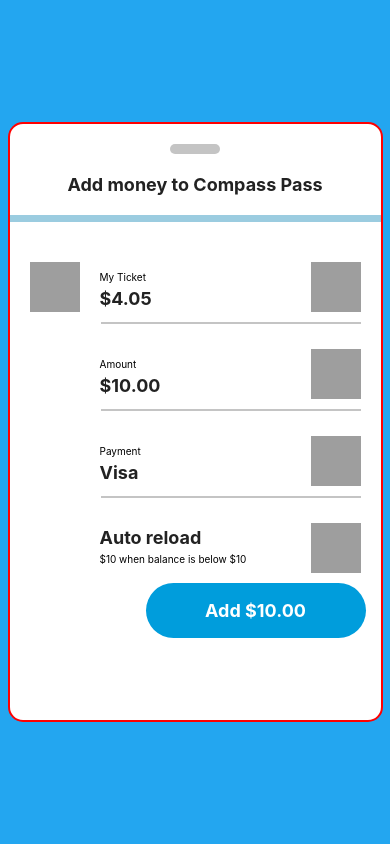
Repository: wilyyy/CompassPlus
Page: /
An editor plug-in stored every save of this project. The page is shown before and after the next save, followed by the edit.
The browser window is 390 px wide. The pictures show the whole page.
Pictures or frames that could not be fetched are drawn as grey boxes. The app was drawn by React Native's web renderer in a window 390 px wide. The project was rebuilt for these pictures with package versions that can differ from the ones it lists, and the page was loaded fresh each time. Also part of the build but not shown: constants/styles.js, comps/CompassCardParent/cardManager.js, comps/CompassCardParent/transferFunds.js, comps/LinkCompassCard/index.js, comps/RideCardCont/index.js, storybook/stories/CenterView/style.js, comps/SignUpTransitCard/index.js.

Above is the page before, as saved 2021-10-30 19:56:10.

### App.js
import { StatusBar } from 'expo-status-bar';
import React, { useState } from 'react';
import { Button, StyleSheet, Text, View } from 'react-native';

import MobileCard from './comps/CompassCardParent/CardManager';
import AddFundsTab from './comps/CompassCardParent/CardManager/AddFunds';
import TransferBalanceTab from './comps/CompassCardParent/TransferFunds';
import LinkCompassCard from './comps/LinkCompassCard';
import RideCard from './comps/RideCardCont';
import SignUpTransitCard from './comps/SignUpTransitCard';

// export { default } from './storybook';

export default function App() {




  return (
    <View style={styles.container}>
      {/* <LinkCompassCard />
      <RideCard />
      <SignUpTransitCard /> */}

      {/* <MobileCard /> */}
      {/* <TransferBalanceTab /> */}
      <AddFundsTab />
      <StatusBar style="auto" />
    </View>
  );
}

const styles = StyleSheet.create({
  container: {
    flex: 1,
    backgroundColor: '#23A6F0',
    alignItems: 'center',
    justifyContent: 'center',
  },
});

### comps/CompassCardParent/CardManager/AddFunds/index.js
import React, { useState } from 'react';
import { Button, Image, StyleSheet, Switch, Text, TouchableOpacity, View } from 'react-native';
import styled from 'styled-components/native';

const Container = styled.View`
    width: 375px;
    height: 600px;
    background-color: #fff;
    border-radius: 15px;
    border-color: red;
    border-width: 2px;

`;

const Notch = styled.View`
    width: 50px;
    height: 10px;
    background-color: #C4C4C4;
    margin: 20px 0px 0px;
    align-self: center;
    border-radius: 50px;
`;

const Title = styled.Text`
    font-size: 18px;
    color: #222222;
    align-self: center;
    margin: 20px 0px;
    font-weight: 700;
`;

const Divider = styled.View`
    width:100%;
    height:7px;
    background-color: #9BCCE0;
    margin: 0px 0px 30px 0px;
`;

const SettingCont = styled.View`
    flex-direction: row;
    justify-content: space-between;
    align-items: center;
    width:100%;
    /* border-width: 2px;
    border-color: red; */
    padding: 5px 15px;

`;

const SettingsContLeft = styled.View`
    flex-direction: row;
    justify-content: space-between;
    align-items: center;

    /* border-width: 2px;
    border-color: blue; */
`;

const SmallCardIcon = styled.Image`
    width:50px;
    height:50px;
    margin: 5px;
`;

const TextColumn = styled.View`
    width: 200px;
    margin-left:15px;
    /* border-color: red;
    border-width: 2px; */
`;

const SmallTitle = styled.Text`
    font-size: 10px;
    margin: 5px 0px;
`;

const Amount = styled.Text`
    font-size: 18px;
    color: #222222;
    align-self: flex-start;
    font-weight: 700;
`;

const Arrow = styled.Image`
    width:50px;
    height:50px;
    margin: 5px;
    align-self: flex-end;
    /* border-color: red;
    border-width: 2px; */
`;

const Line = styled.View`
    width:70%;
    height:2px;
    background-color: #c4c4c4;
    margin: 0px 20px 15px 50px;
    align-self: flex-end;
`;

const ButtonText = styled.Text`
    font-size: 18px;
    color: #fff;
    align-self: center;
    font-weight: 700;
`;





export default function AddFundsTab({
    FromCardBalance = "$4.05",
    ToCardBalance = "$0.00",
    cardType = 'Pass',
    loadAmount = '$10.00',
    paymentType = 'Visa'
}) {

    return (
        <Container>
            <Notch />
            <Title>Add money to Compass {cardType}</Title>
            <Divider />

            {/* TO this ticket: */}

            <SettingCont>
                <SettingsContLeft>
                    <SmallCardIcon
                        source={{ uri: 'https://reactnative.dev/img/tiny_logo.png', }}
                    />
                    <TextColumn>
                        <SmallTitle>My Ticket</SmallTitle>
                        <Amount>{FromCardBalance}</Amount>
                    </TextColumn>
                </SettingsContLeft>
                <Arrow
                    source={{ uri: 'https://reactnative.dev/img/tiny_logo.png', }}
                />
            </SettingCont>

            <Line />

            {/* AMOUNT */}

            <SettingCont>
                <SettingsContLeft>
                    <SmallCardIcon
                        source={{ uri: '#', }}
                    />
                    <TextColumn>
                        <SmallTitle>Amount</SmallTitle>
                        <Amount>{loadAmount}</Amount>
                    </TextColumn>
                </SettingsContLeft>
                <Arrow
                    source={{ uri: 'https://reactnative.dev/img/tiny_logo.png', }}
                />

            </SettingCont>
            <Line />

            {/* PAYMENT */}

            <SettingCont>
                <SettingsContLeft>
                    <SmallCardIcon
                        source={{ uri: '#', }}
                    />
                    <TextColumn>
                        <SmallTitle>Payment</SmallTitle>
                        <Amount>{paymentType}</Amount>
                    </TextColumn>
                </SettingsContLeft>
                <Arrow
                    source={{ uri: 'https://reactnative.dev/img/tiny_logo.png', }}
                />

            </SettingCont>
            <Line />

            {/* AUTO RELOAD */}

            {/* PAYMENT */}

            <SettingCont>
                <SettingsContLeft>
                    <SmallCardIcon
                        source={{ uri: '#', }}
                    />
                    <TextColumn>
                        <Amount>Auto reload</Amount>
                        <SmallTitle>$10 when balance is below $10</SmallTitle>
                    </TextColumn>
                </SettingsContLeft>
                <Arrow
                    source={{ uri: 'https://reactnative.dev/img/tiny_logo.png', }}
                />

            </SettingCont>

            <TouchableOpacity
                style={styles.TransferButton}
            >
                <ButtonText>Add {loadAmount}</ButtonText>
            </TouchableOpacity>

        </Container>
    )

};



const styles = StyleSheet.create({
    TransferButton: {
        backgroundColor: '#009DDc',
        color: 'blue',
        width: 220,
        height: 55,
        borderRadius: 50,
        alignSelf: 'flex-end',
        right: 15,
        justifyContent: 'center'
    }
})

After the next save:
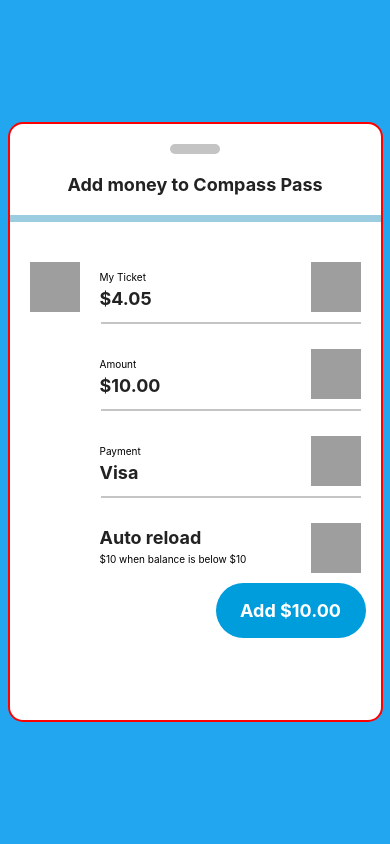
Saved 14 s later.
--- a/comps/CompassCardParent/CardManager/AddFunds/index.js
+++ b/comps/CompassCardParent/CardManager/AddFunds/index.js
@@ -217,7 +217,7 @@
     TransferButton: {
         backgroundColor: '#009DDc',
         color: 'blue',
-        width: 220,
+        width: 150,
         height: 55,
         borderRadius: 50,
         alignSelf: 'flex-end',
